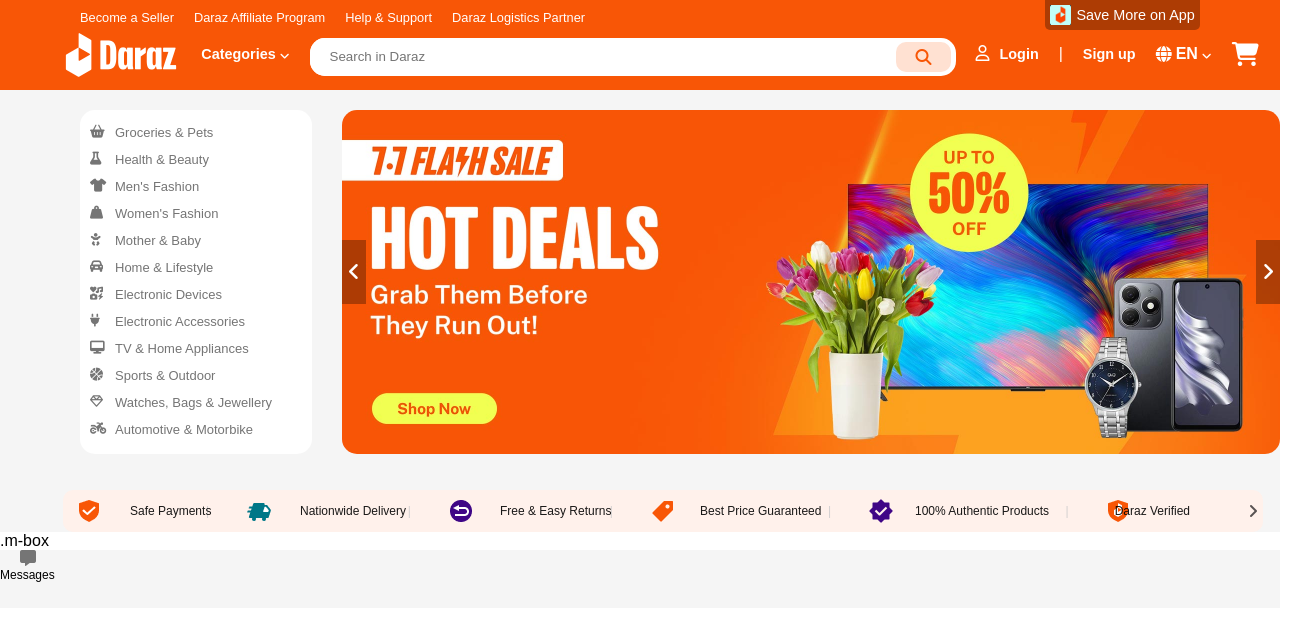
Repository: ubiadurrahman/Draz---Clone
Page: daraz.html
The author's editor kept a copy of each file at every save. The page is drawn from the files as they stood at one save, then again after the next save.
The browser window is 1280 px wide. The page is 1312 px wide, so the pictures cover 1312 px, including what lies to the right of the window. The pictures show the whole page.

Above is the page before, as saved 2024-07-10 22:29:32.

After the next save:
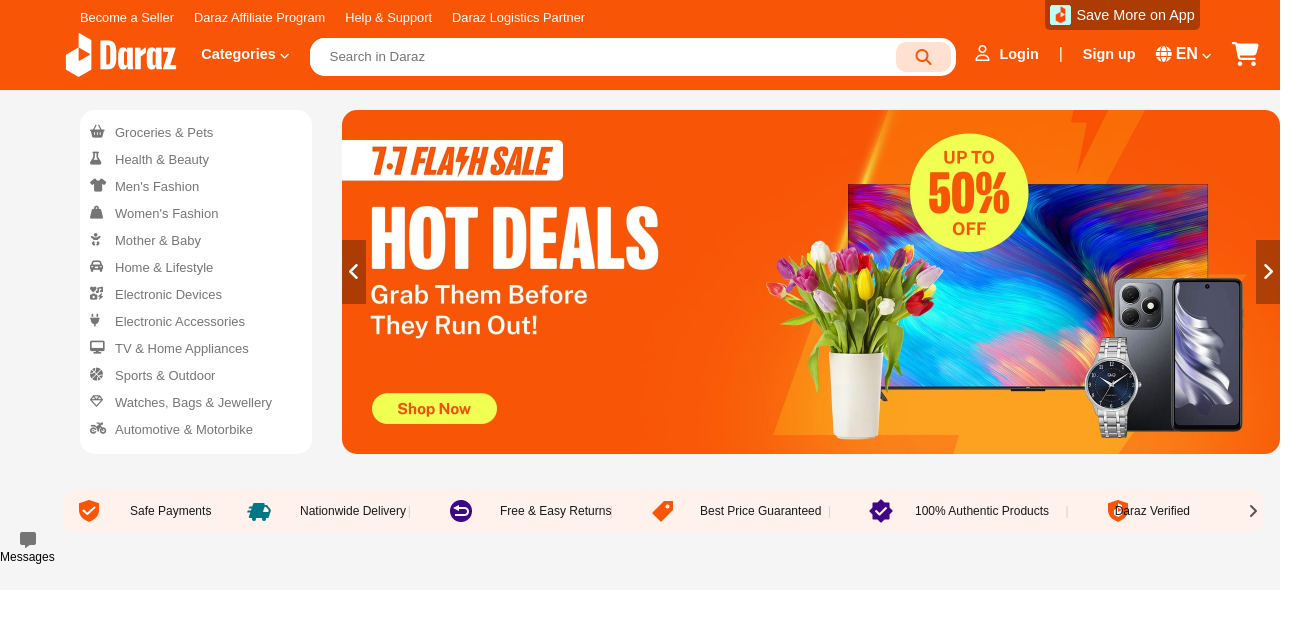
Saved 4 s later.
--- a/daraz.html
+++ b/daraz.html
@@ -193,7 +193,7 @@
         </div>
     </div>
      -->
-.m-box
+<div class="m-box"></div>
     <div class="msg-box">
         <div class="icon-box">
             <i class="fa-solid fa-message"></i>
